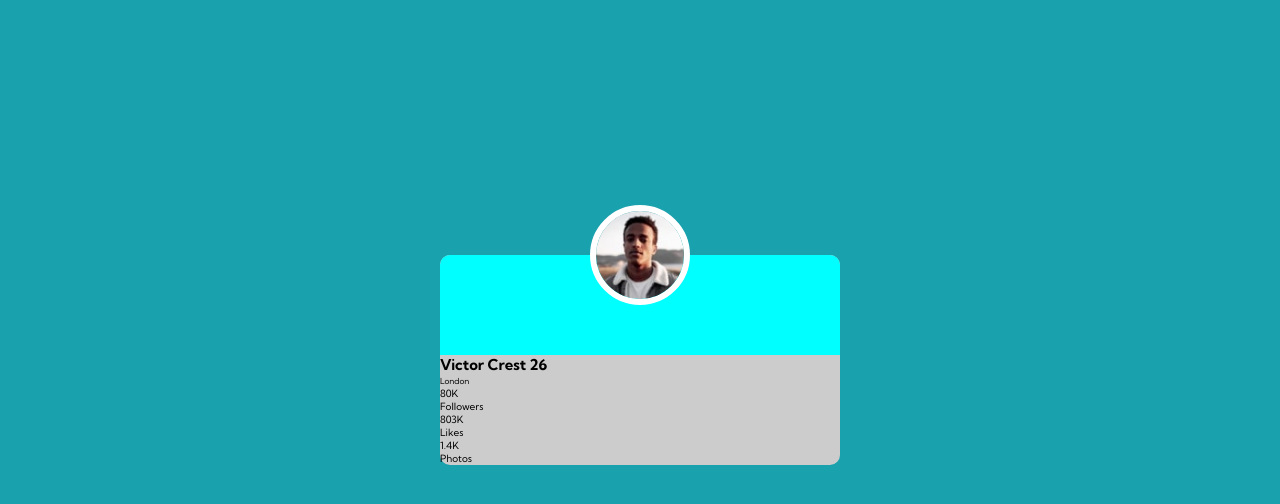
Repository: thaibaocoder1/profile-card-component-main
Page: index.html
An editor plug-in stored every save of this project. The page is shown before and after the next save, followed by the edit.
The browser window is 1280 px wide. The pictures show the whole page.

Above is the page before, as saved 2023-01-11 13:36:33.

### index.html
<!DOCTYPE html>
<html lang="en">
<head>
  <meta charset="UTF-8">
  <meta name="viewport" content="width=device-width, initial-scale=1.0">
  <link rel="icon" type="image/png" sizes="32x32" href="./images/favicon-32x32.png">
  <title>Frontend Mentor | Profile card component</title>
  <link rel="stylesheet" href="./style.css">
  <!-- Feel free to remove these styles or customise in your own stylesheet 👍 -->
  <style>
    .attribution { font-size: 11px; text-align: center; }
    .attribution a { color: hsl(228, 45%, 44%); }
  </style>
</head>
<body>
  <main class="card">
    <section class="card__top">
      <img src="./images/image-victor.jpg" alt="">
    </section>
    <section class="card__bottom">
      <h1 class="card__bottom--heading">Victor Crest <span>26</span></h1>
      <small class="card__bottom--address">London</small>
      <hr>
      <div class="card__bottom--socials">
        <div class="card__bottom--item">
          <p>80K</p>
          <span>Followers</span>
        </div>
        <div class="card__bottom--item">
          <p>803K</p>
          <span>Likes</span>
        </div>
        <div class="card__bottom--item">
          <p>1.4K</p>
          <span>Photos</span>
        </div>
      </div>
    </section>
  </main>
  <!-- <div class="attribution">
    Challenge by <a href="https://www.frontendmentor.io?ref=challenge" target="_blank">Frontend Mentor</a>.
    Coded by <a href="#">Your Name Here</a>.
  </div> -->
</body>
</html>

### style.css
@import url('https://fonts.googleapis.com/css2?family=Kumbh+Sans:wght@400;700&display=swap');
* {
    margin: 0;
    padding: 0;
    box-sizing: border-box;
    border: none;
    outline: none;
}
html {
    font-size: 62.5%;
}
body {
    text-rendering: optimizeLegibility;
    scroll-behavior: smooth;
    font-family: 'Kumbh Sans', sans-serif;
    display: flex;
    align-items: center;
    justify-content: center;
    background-color: var(--dark-cyan);
    height: calc(100vh - 1px)
}
:root {
    --dark-cyan: hsl(185, 75%, 39%);
    --very-dark-blue: hsl(229, 23%, 23%);
    --dark-blue: hsl(227, 10%, 46%);
    --dark-grey: hsl(0, 0%, 59%);
}
.card {
    width: 400px;
    background-color: #ccc;
    border-radius: 1rem;
    position: relative;
}
.card__top {
    width: 100%;
    height: 10rem;
    background-color: cyan;
    border-radius: 1rem 1rem 0 0;
}
.card__top img {
    width: 10rem;
    height: 10rem;
    border-radius: 50%;
    object-fit: cover;
    border: 6px solid #fff;
    position: absolute;
    top: 0;
    left: 50%;
    transform: translate(-50%, -50%);
}

After the next save:
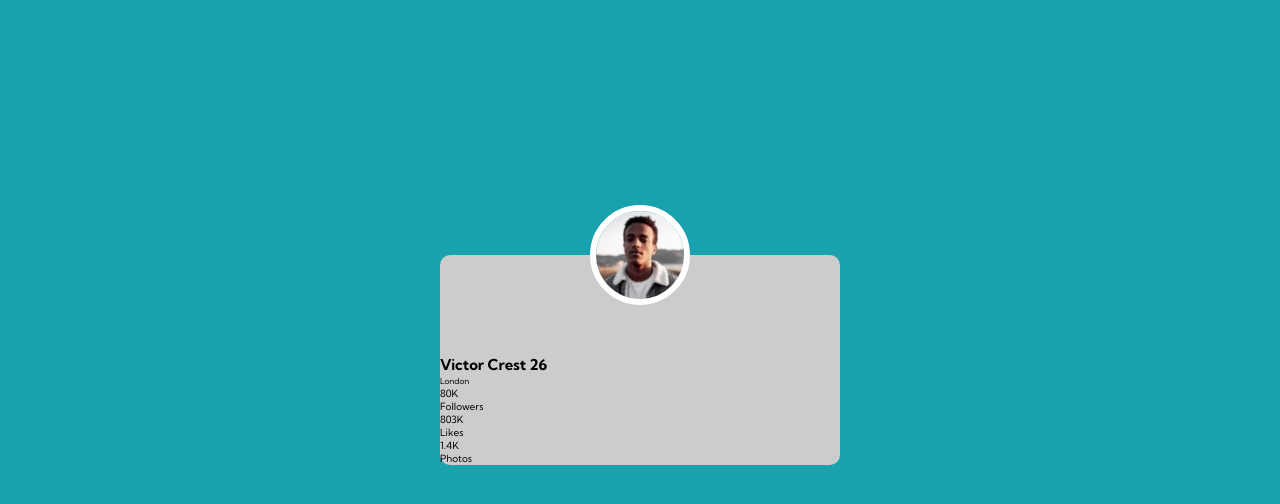
Saved 15 s later.
--- a/style.css
+++ b/style.css
@@ -34,8 +34,6 @@ body {
 .card__top {
     width: 100%;
     height: 10rem;
-    background-color: cyan;
-    border-radius: 1rem 1rem 0 0;
 }
 .card__top img {
     width: 10rem;
